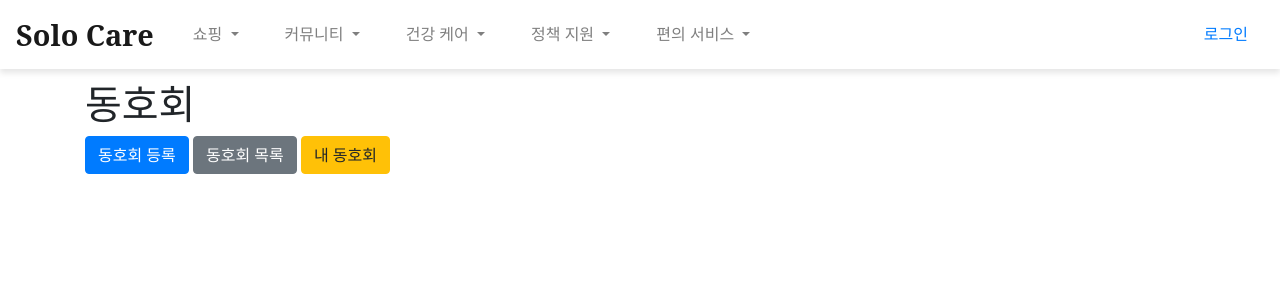
Repository: HB1112/cloud
Page: http://localhost/Solocare/WEB-INF/views/club/clubBoard.jsp
An editor plug-in stored every save of this project. The page is shown before and after the next save, followed by the edit.
The browser window is 1280 px wide. The pictures show the whole page.
The page is served by Tomcat 9. Nobody is signed in. The template is opened directly, without the code that normally fills it, so the values that code supplies are empty.

Above is the page before, as saved 2024-12-16 01:52:42.

After the next save:
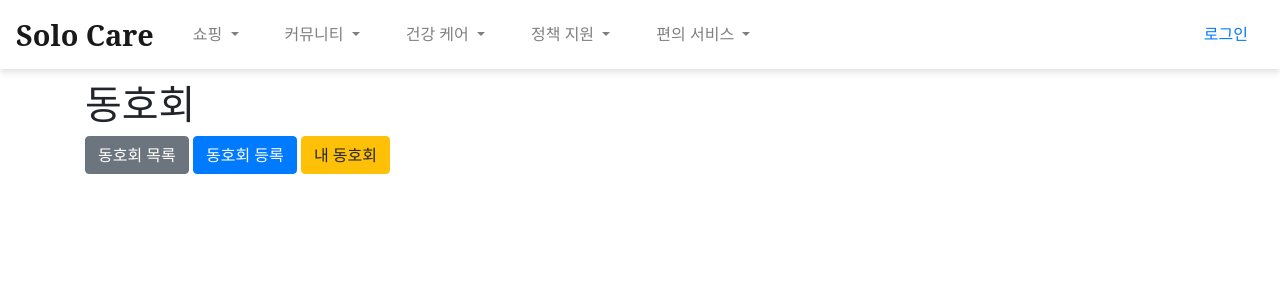
Saved 12 min 35 s later.
--- a/Solocare/src/main/webapp/WEB-INF/views/club/clubBoard.jsp
+++ b/Solocare/src/main/webapp/WEB-INF/views/club/clubBoard.jsp
@@ -25,8 +25,8 @@
 	<div class="container mt-4"> <!-- 추가적인 여백을 위해 container 사용 -->
 		<h1>동호회</h1>
 		<nav>
+			<a href="list" class="btn btn-secondary">동호회 목록</a>
 			<a href="regist" class="btn btn-primary">동호회 등록</a>
-			<a href="list" class="btn btn-secondary">동호회 목록</a>
 			<form action="myclub" method="post" style="display: inline;">
 			    <input type="hidden" name="id" value="${mem.id}"> <!-- 세션에서 가져온 멤버 ID로 설정 -->
 			    <button type="submit" class="btn btn-warning">내 동호회</button>
